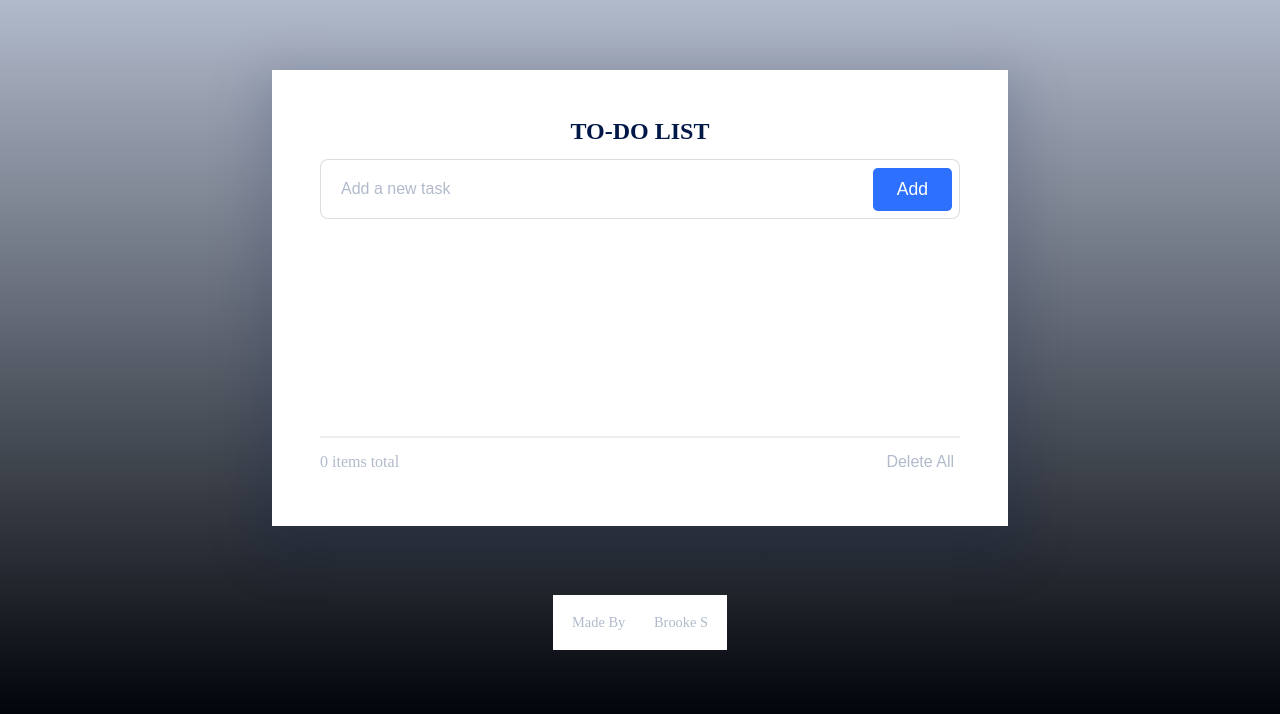
Repository: Bsharpenski/mini-movi-list
Page: workshop/fund3/index.html
An editor plug-in stored every save of this project. The page is shown before and after the next save, followed by the edit.
The browser window is 1280 px wide. The pictures show the whole page.

Above is the page before, as saved 2025-02-04 23:11:03.

### workshop/fund3/index.html
<!DOCTYPE html>
<html lang="en">
<head>
    <meta charset="UTF-8">
    <meta name="viewport" content="width=device-width, initial-scale=1.0">
    <title>To-Do List</title>
    <link rel="stylesheet" href="./style.css">
    <script src="./index.js" defer></script>
</head>
<body>
        <section class="todo">
        <h2>To-do List</h2>
        <div class="input">
            <input
                type="text"
                class="input-field"
                id="todoInput"
                placeholder="Add a new task"
            />
            <button class="btn">Add</button>
        </div>
        <ul class="scroll">
            <li id="todoList"></li>
        </ul>
        <div>
            <hr class="counter"/>
            <div class="counter-container">
                <p><span>0 </span>items total</p>
                <button id="deleteButton">Delete All</button>
            </div>
        </div>
    </section>
   <footer>
    <div class="footer">
        <p class="made-by">Made By</p>
        <p class="author">Brooke S</p>
    </div>
   </footer>
</body>
</html>

### workshop/fund3/style.css
:root{
    --gradient: linear-gradient(
        180deg,
        #b1bacb 0%,
        #000308 100%
    );
    --dark: #001747;
    --grey: #b1bacb;
    --grey-border: rgba(210, 210, 210,0.75 );
    --grey-light: #eeeeee;
    --grey-dark: #405175;
    --blue: #2d70fd;
    --green: #00d8a7;
    --white: #ffffff;
}

body{
    background: var(--gradient);
    margin: 0;
    height: 100vh;
    display: flex;
    flex-direction:column;
    justify-content: space-evenly;
    align-items: center;
}

.btn{
    color: var(--white);
    font-size: 1.1rem ;
    padding:0.7rem 1.5rem;
    border-radius:0.3rem;
    background-color: var(--blue);
    border: none;
    position:absolute;
    right: 0.5rem;
    bottom: 0.5rem;
}

h1,
h2,
h3,
h4,
h5,
h6,
p{
    margin: 0;
}

/* todo container */

.todo {
    display: flex;
    flex-direction:column;
    justify-content: space-around;
    border-radius: ;
    background: var(--white);
    padding: 3rem;
    height: 50%;
    width: 60%;
    box-shadow: 0 1rem 3rem 1rem rgba(0,23,71,0.15);
    max-width: 40rem;
}

h2 {
    text-transform: uppercase;
    height: 3rem;
    color: var(--dark);
    text-align: center;
}

.input{
    position: relative;
    display: flex;
}

.input-field{
    width: 100%;
    border:0.06rem solid #d2d2d2bf;
    border-radius:0.5rem ;
    padding: 1.25rem;
    font-size: 1rem;
    color: #001747;
}

input[type="text"]::placeholder{
    color: var(--grey);
}

.todo-container{
    display: flex;
    gap: 1rem;
}

ul{
    padding:0;
    margin: 0;
    overflow-y: scroll;
}

li{
    display: flex;
    flex-direction: column;
    gap: 1.2rem;
    padding: 1.2rem;
}
#todoList p{
    display:flex;
    gap: 1rem;
    color: var(--dark);
    align-items: center;
}

#todoList .disabled {
    color: 8f98a8;
}

.disabled {
    display: flex;
    text-decoration: line-through;
}

input[type="checkbox"] {
    appearance: none;
    -webkit-appearance: none;
    -moz-appearance: none;
    cursor: pointer;
}

input[type= "checkbox"]::before{
    content:"\2713";
    display:inline-block;
    width: 2rem;
    height: 2rem;
    font-size: 1.7rem;
    text-align: center ;
    border: 0.06rem solid var(--grey-border);
    border-radius: ;
    color: transparent;
}

input[type= "checkbox"]:checked::before{
    color:var(--white) ;
    background-color:var(--green) ;
    border: 0.06rem solid var(--green);
    border-radius: ;
}

.counter{
    border: 0.06rem solid var(--grey-light)
}

.counter-container {
height: 2rem;
display: flex;
justify-content: space-between;
color: var(--grey);
}

.counter-container p {
    align-self: center;
}

.counter-container button {
    border: none;
    background-color: transparent;
    color: var(--grey);
    font-size: 1rem;
}

.footer{
    display: flex;
    gap: 1.8rem;
    background-color: var(--white);
    padding: 1.2rem;
    border-radius: ;
}

.made-by,
.author {
font-size: 0.9rem;
}

.made-by {
    color: var(--grey)
}

.author {
    color: var(--grey);
}

.scroll {
    height: 15rem;
    scrollbar-width: thin;
}

.scroll::-webkit-scrollbar {
    width: 0.6rem;
}

.scroll::-webkit-scrollbar-thumb {
    background-color: var(--blue);
    border-radius: 0.5rem;
}

.scroll::-webkit-scrollbar-track {
    display: none;
}

### workshop/fund3/index.js
console.log("My code is running")
//retrieve to do from local storage or init empty array

let todo = JSON.parse(localStorage.getItem("todo")) || [];
const todoInput = document.getElementById("todoInput");
const todoList = document.getElementById("todoList");
const todoCount = document.getElementById("todoCount");
const addButton = document.querySelector(".btn");
const deleteButton = document.getElementById("deleteButton");

//initialize
document.addEventListener("DOMContentLoaded", function () {
    addButton.addEventListener("click", addTask);
    todoInput.addEventListener("keydown", function (event) {
        if (event.key=== "Enter"){
            event.preventDefault();
            addTask();
        }
    });
    deleteButton.addEventListener("click", deleteAllTasks());
    displayTasks();
});

function addTask() {
    const newTask = todoInput.value.trim();
    if (newTask !== "") {
        todo.push({text: newTask, disabled: false });
        saveToLocalStorage();
        todoInput.value = "";
        displayTasks();
    }
}

function deleteAllTasks () {
    console.log("test");
}

function displayTasks() {
    todoList.innerHTML = "";
    todo.forEach((item, index) => {
        const p = document.createElement("p");
        p.innerHTML = `
        <div class="todo-container">
            <input type="checkbox" class= "todo-checkbox"
            id="input-${index}" ${
                item.disabled ? "checked" : ""
            }>
            <p id="todo-${index}" class="${item.disabled ? "disabled" : ""
            }"onclick="editTask${index}" >${item.text}</p>
        </div>
        `;
        p.querySelector(".todo-checkbox").addEventListener("change", ()=> {
            toggleTask(index);
        });
        todoList.appendChild(p);
    });
}

function toggleTask(index){

}

function saveToLocalStorage() {
    localStorage.setItem("todo", JSON.stringify(todo));
}

After the next save:
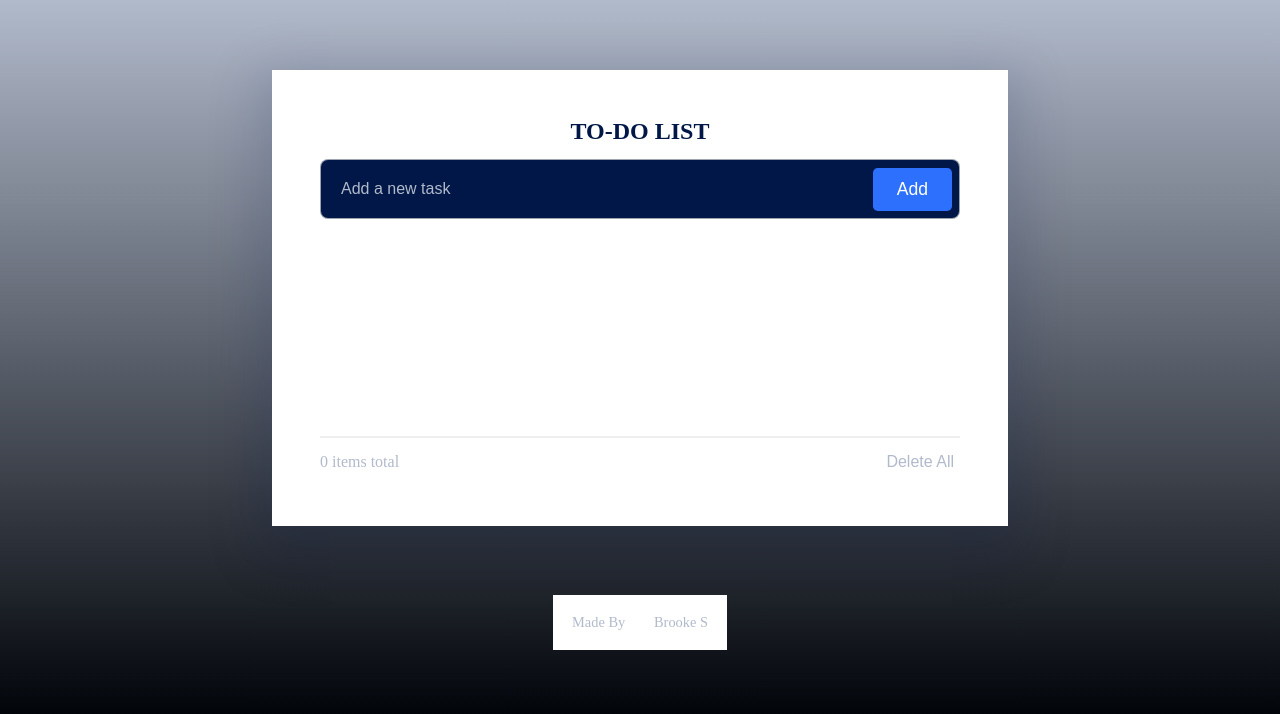
Saved 13 s later.
--- a/workshop/fund3/style.css
+++ b/workshop/fund3/style.css
@@ -79,7 +79,7 @@ h2 {
     border-radius:0.5rem ;
     padding: 1.25rem;
     font-size: 1rem;
-    color: #001747;
+    background-color: #001747;
 }
 
 input[type="text"]::placeholder{
